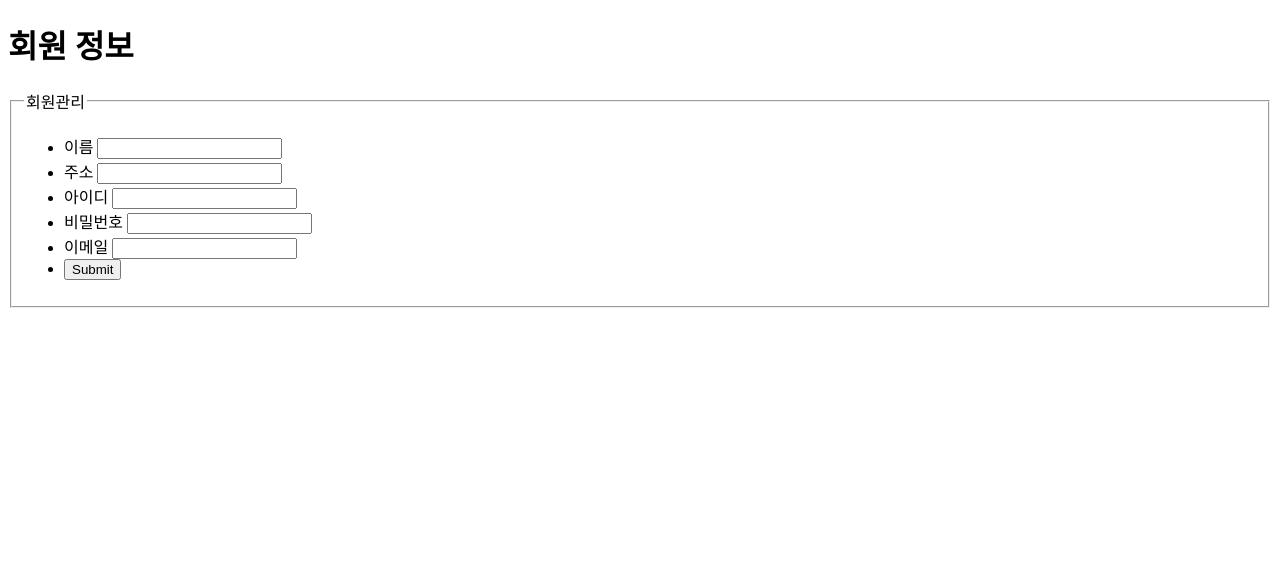
Repository: kr1124/jsp
Page: http://localhost/ServletProject/memberForm.jsp
These files come from the project's save history. The page is drawn as it stood at one moment and after the next save; the edit follows.
The browser window is 1280 px wide. The pictures show the whole page.
The page is served by Tomcat 9. Other server files are loaded and not shown.

Above is the page before, as saved 2024-12-03 00:41:51.

### ServletProject/src/main/webapp/memberForm.jsp
<%@ page language="java" contentType="text/html; charset=UTF-8"
    pageEncoding="UTF-8"%>
<!DOCTYPE html>
<html>
<head>
<meta charset="UTF-8">
<title></title>
</head>
<body>
    <h1>회원 정보</h1>
    <form action="Member" method="post">
        <fieldset>
            <legend>회원관리</legend>
            <ul>
                <li>
                    <label>이름</label>
                    <input type="text" name="username">
                </li>
                <li>
                    <label>주소</label>
                    <input type="text" name="address">
                </li>
                <li>
                    <label>아이디</label>
                    <input type="text" name="userid">
                </li>
                <li>
                    <label>비밀번호</label>
                    <input type="password" name="passwd">
                </li>
                <li>
                    <label>이메일</label>
                    <input type="email" name="email">
                </li>
                <li>
                    <input type="submit" name="회원가입">
                </li>
            </ul>
        </fieldset>

    </form>
</body>
</html>

After the next save:
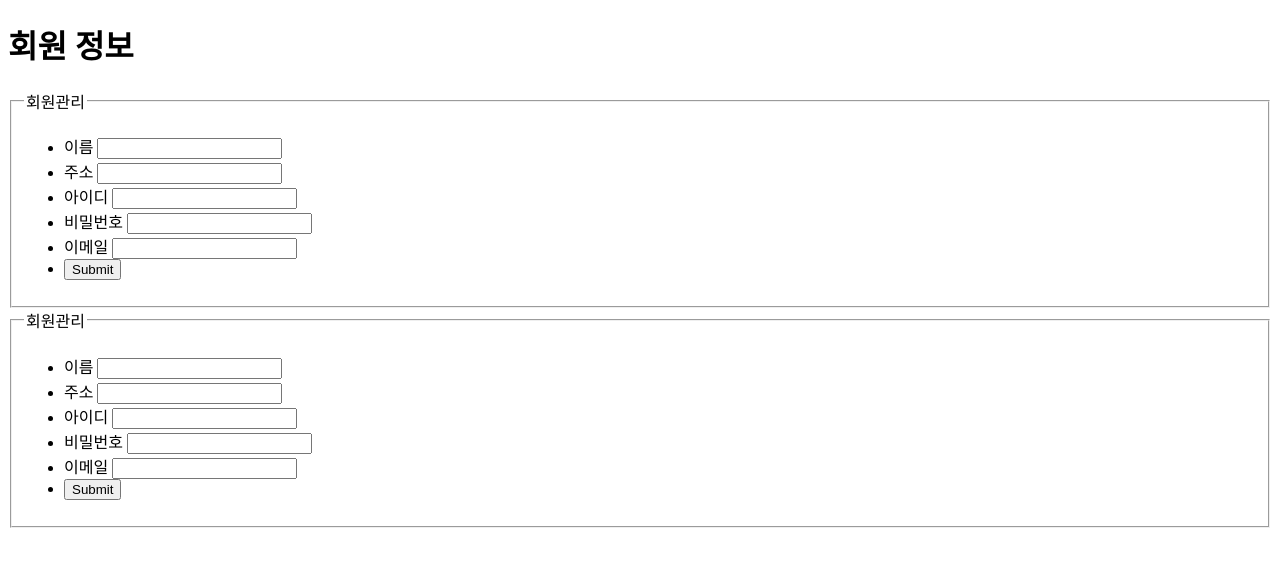
Saved 18 min 8 s later.
--- a/ServletProject/src/main/webapp/memberForm.jsp
+++ b/ServletProject/src/main/webapp/memberForm.jsp
@@ -39,5 +39,37 @@
         </fieldset>
 
     </form>
+
+    <form action="Hello" method="post">
+        <fieldset>
+            <legend>회원관리</legend>
+            <ul>
+                <li>
+                    <label>이름</label>
+                    <input type="text" name="username">
+                </li>
+                <li>
+                    <label>주소</label>
+                    <input type="text" name="address">
+                </li>
+                <li>
+                    <label>아이디</label>
+                    <input type="text" name="userid">
+                </li>
+                <li>
+                    <label>비밀번호</label>
+                    <input type="password" name="passwd">
+                </li>
+                <li>
+                    <label>이메일</label>
+                    <input type="email" name="email">
+                </li>
+                <li>
+                    <input type="submit" name="회원가입">
+                </li>
+            </ul>
+        </fieldset>
+
+    </form>
 </body>
 </html>
